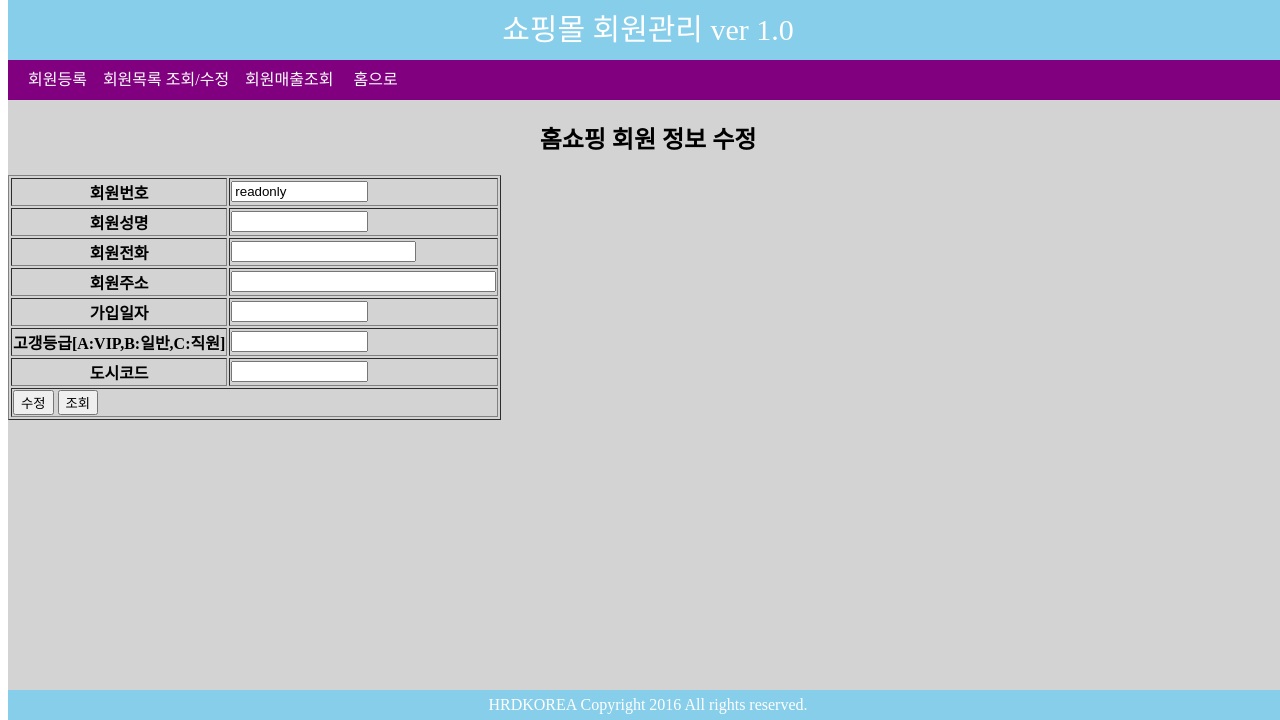
Repository: haileylee94/mini-project
Page: http://localhost/hrd/modify.jsp
These files come from the project's save history. The page is drawn as it stood at one moment and after the next save; the edit follows.
The browser window is 1280 px wide. The pictures show the whole page.
The page is served by Tomcat 9. Queries for data that is not in the repository find no rows.

Above is the page before, as saved 2022-11-18 09:07:48.

### hrd/WebContent/modify.jsp
<%@page import="DBPKG.Util"%>
<%@ page language="java" contentType="text/html; charset=UTF-8"
    pageEncoding="UTF-8"%>
<%@ page import="java.sql.*" %>
<!DOCTYPE html>
<html>
<head>
<meta charset="UTF-8">
<title>modify</title>
</head>
<body>
<jsp:include page="header.jsp"/>

<section style="position: fixed; background-color: lightgray; width: 100%; height: 100%; top: 100px">
	<h1 style="text-align: center"><b>홈쇼핑 회원 정보 수정</b><br></h1>
	<form name="f" method="post" onsubmit="return check()">
	<table border="1">
		<%
			Connection con=null;
			Statement stmt=null;
			String custno="";

			try{
				con=Util.getConnection();
				stmt=con.createStatement();
				String sql="select * from member_tbl_02 order by custno";
				ResultSet rs=stmt.executeQuery(sql);

			}catch(Exception e){
				e.printStackTrace();
			}
		%>
		<tr>
			<th>회원번호</th>
			<td><input name="custno" size=14 value=<%=custno %> readonly></td>
		</tr>
		<tr>
			<th>회원성명</th>
			<td><input name="custname" size=14 value=<%=custno %>></td>
		</tr>
		<tr>
			<th>회원전화</th>
			<td><input name="phone" size=20 value=<%=custno %>></td>
		</tr>
		<tr>
			<th>회원주소</th>
			<td><input name="address" size=30 value=<%=custno %>></td>
		</tr>
		<tr>
			<th>가입일자</th>
			<td><input name="joindate" size=14 value=<%=custno %>></td>
		</tr>
		<tr>
		<th>고갱등급[A:VIP,B:일반,C:직원]</th>
			<td><input name="grade" size=14 value=<%=custno %>></td>
		</tr>
		<tr>
			<th>도시코드</th>
			<td><input name="city" size=14 value=<%=custno %>></td>
		</tr>
		<tr>
			<td colspan="2">
				<input type="submit" value="수정">
				<input type="button" value="조회" onclick="return search()">
			</td>
		</tr>
	</table>
	</form>
</section>
<jsp:include page="footer.jsp"/>
</body>
</html>

### hrd/WebContent/header.jsp
<%@ page language="java" contentType="text/html; charset=UTF-8"
    pageEncoding="UTF-8"%>
<!DOCTYPE html>
<html>
<head>
<meta charset="UTF-8">
<title>header</title>
<style type="text/css">
	*{
		text-decoration: none;
	}

	header{
		position:fixed;
		top:0px;
		width:100%;
		height: 60px;
		background-color: skyblue;
		color: white;
		text-align: center;
		line-height: 60px;
		font-size: 30px;
	}
	nav{
		position: fixed;
		top: 60px;
		width: 100%;
		height: 40px;
		background-color: purple;
		line-height: 40px;
		padding-left: 20px;
		color: #fff;
	}

	a{
		color: #fff;
	}
</style>
</head>
<body>

	<header>
		쇼핑몰 회원관리 ver 1.0
	</header>

	<nav>
		<a href="join.jsp">회원등록</a> &nbsp;&nbsp;
		<a href="memberList.jsp">회원목록 조회/수정</a> &nbsp;&nbsp;
		<a href="incom.jsp">회원매출조회</a> &nbsp;&nbsp;&nbsp;
		<a href="index.jsp">홈으로</a>
	</nav>
</body>
</html>

### hrd/WebContent/footer.jsp
<%@ page language="java" contentType="text/html; charset=UTF-8"
    pageEncoding="UTF-8"%>
<!DOCTYPE html>
<html>
<head>
<meta charset="UTF-8">
<title>footer</title>
<style type="text/css">
	footer{
		position: fixed;
		bottom: 0px;
		background-color: skyblue;
		width: 100%;
		height: 30px;
		color: white;
		text-align: center;
		line-height: 30px;
	}
</style>
</head>
<body>

	<footer>
		HRDKOREA Copyright 2016 All rights reserved.
	</footer>
</body>
</html>

### hrd/src/DBPKG/Util.java
package DBPKG;

import java.sql.*;
public class Util {
	public static Connection getConnection() throws Exception{
		Class.forName("oracle.jdbc.OracleDriver");
		Connection con = DriverManager.getConnection("jdbc:oracle:thin:@//localhost:1521/XE", "system", "1234");
		return con;
	}


}

After the next save:
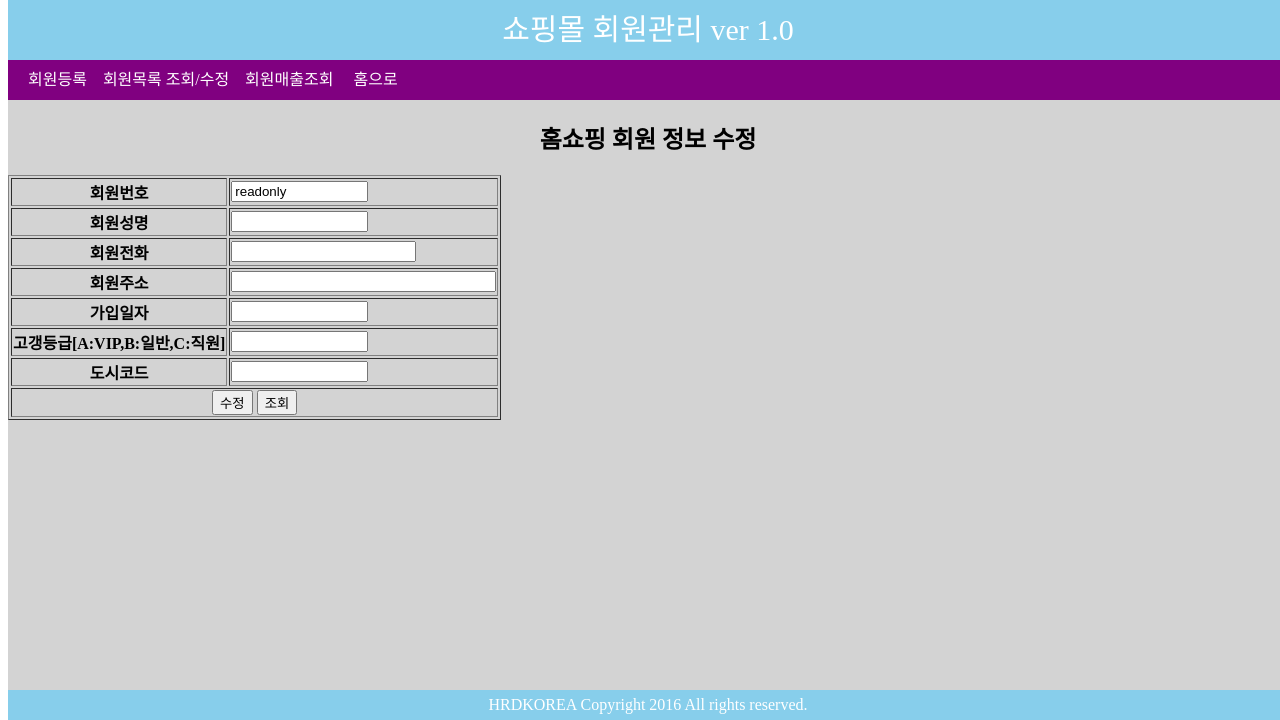
Saved 33 s later.
--- a/hrd/WebContent/modify.jsp
+++ b/hrd/WebContent/modify.jsp
@@ -59,7 +59,7 @@
 			<td><input name="city" size=14 value=<%=custno %>></td>
 		</tr>
 		<tr>
-			<td colspan="2">
+			<td colspan="2" style="text-align: center">
 				<input type="submit" value="수정">
 				<input type="button" value="조회" onclick="return search()">
 			</td>
